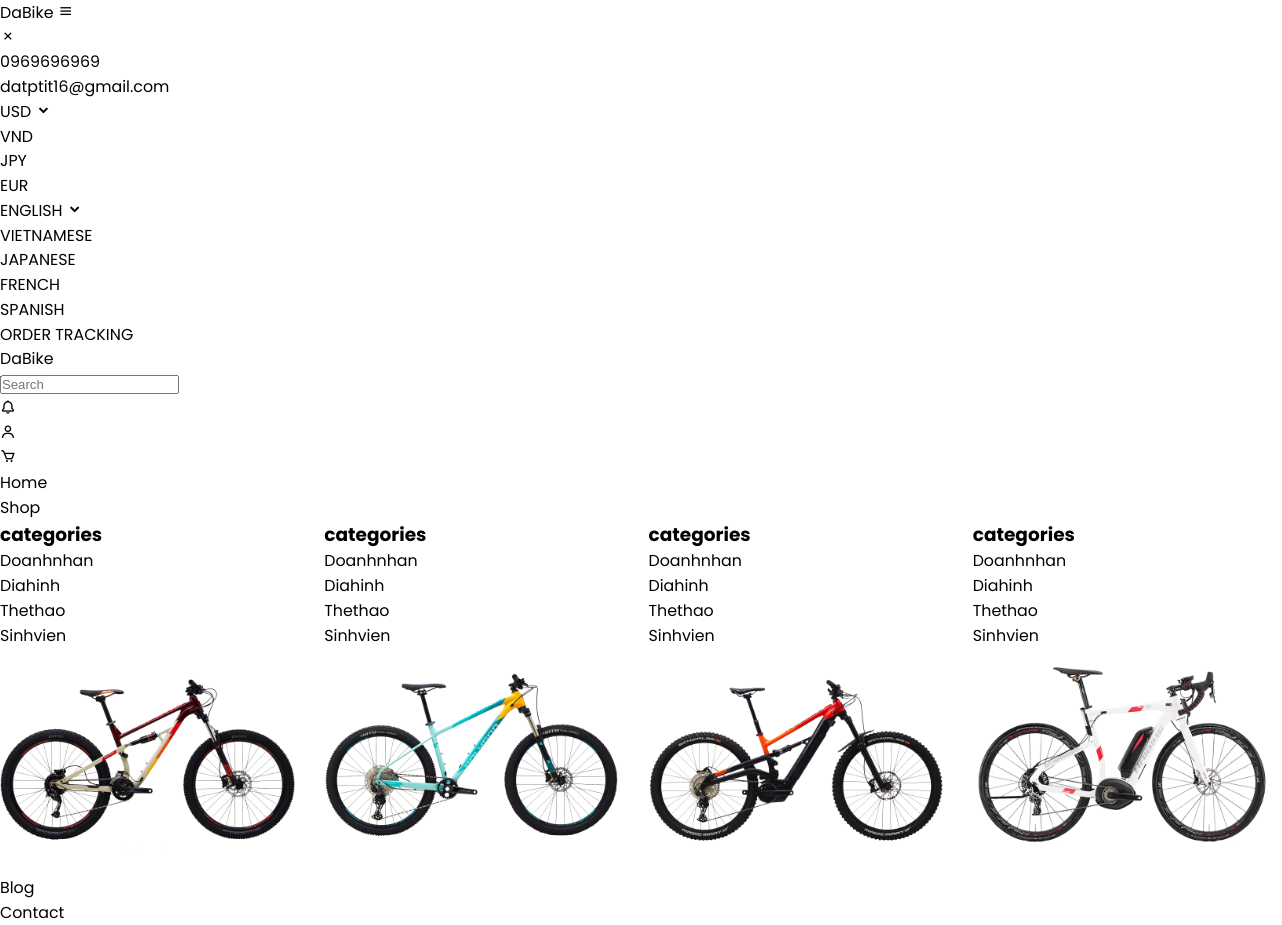
Repository: Datt21/DacMaxx
Page: index.html
An editor plug-in stored every save of this project. The page is shown before and after the next save, followed by the edit.
The browser window is 1280 px wide. The page is 1295 px wide, then 1280 px, so the pictures cover 1295 px, including what lies to the right of the window. The pictures show the whole page, at 99% of full size.

Above is the page before, as saved 2021-07-05 00:20:53.

After the next save:
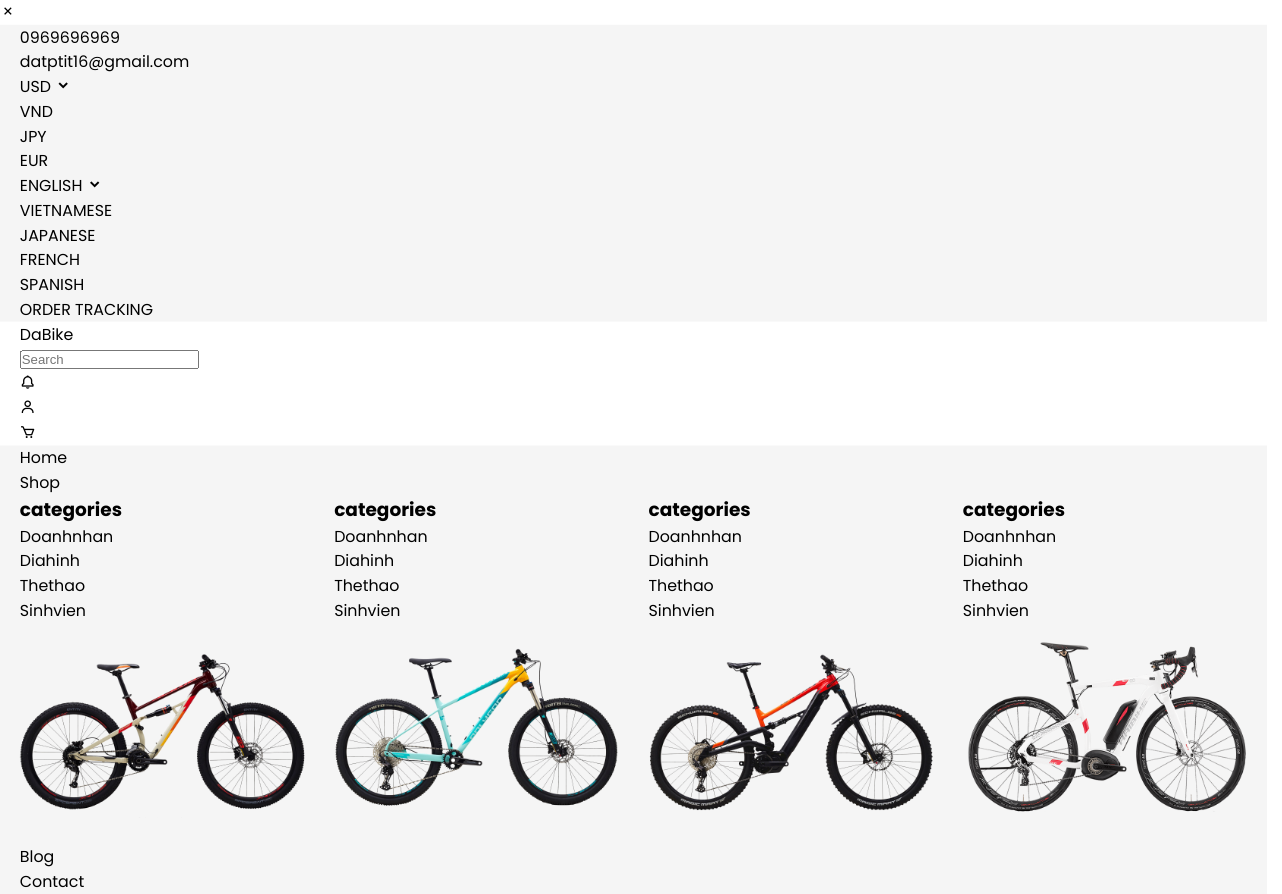
Saved 5 min 11 s later.
--- a/css/app.css
+++ b/css/app.css
@@ -45,3 +45,29 @@
 img{
     max-width: 100%;
 }
+
+.container{
+    max-width: 1366px;
+    margin: auto;
+    padding: 0 20px;
+    position: relative;
+}
+
+.bg-second{
+    background-color: var(--second-bg-color);
+}
+
+.bg-main{
+    background-color: var(--main-bg-color);
+}
+
+.text-red{
+    color: var(--red);
+}
+
+.mobile-menu{
+    align-items: center;
+    justify-content: space-between;
+    padding: 10px 30px;
+    display: none;
+}
